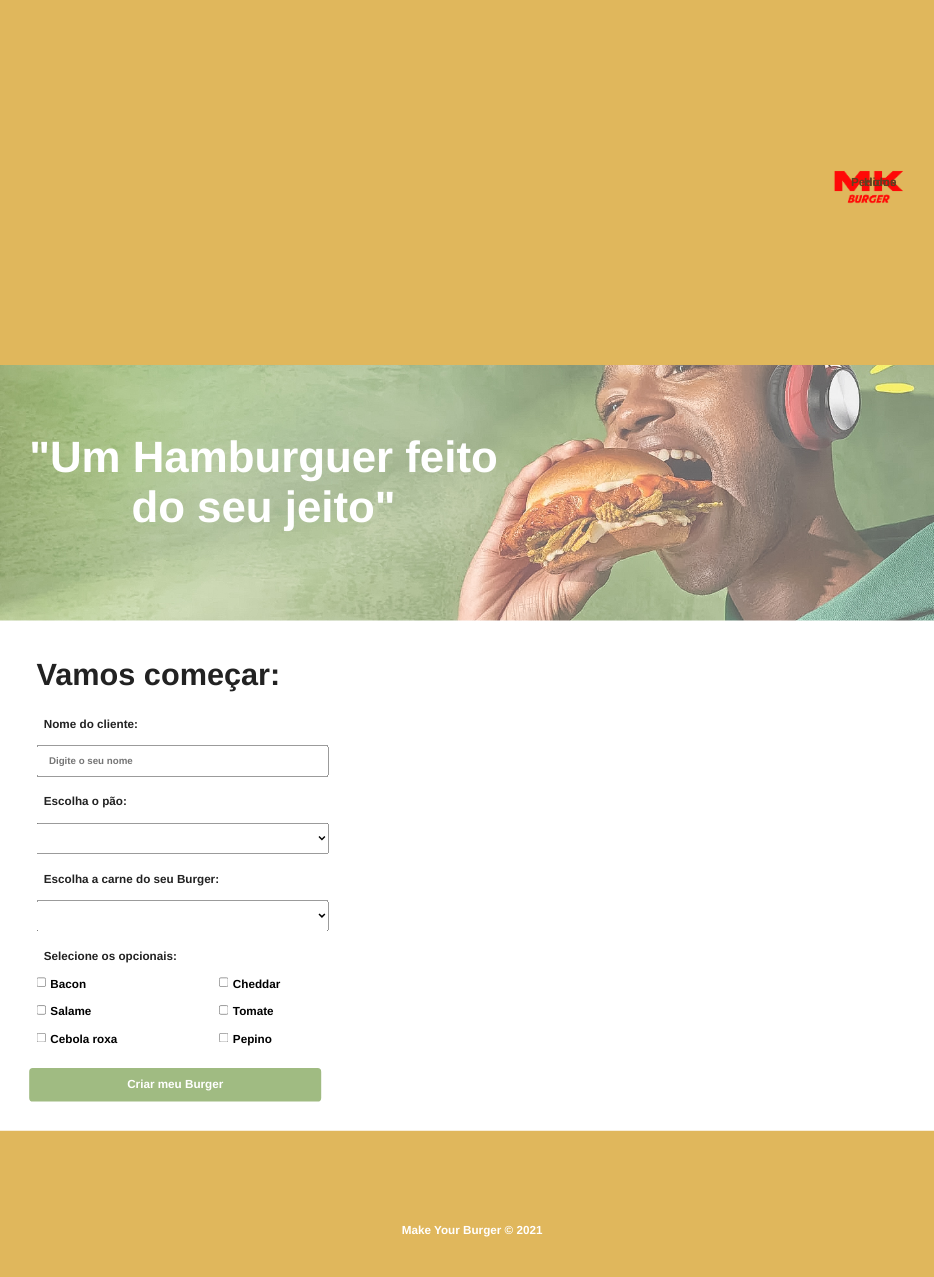
Repository: MarcoantonioCaldeira/Sistema-para-Hamburgueria
Page: /
These files come from the project's save history. The page is drawn as it stood at one moment and after the next save; the edit follows.
The browser window is 1280 px wide. The pictures show the whole page, at 73% of full size.
The project was rebuilt for these pictures with package versions that can differ from the ones it lists, and the page was loaded fresh each time. Requests to the local data server were answered from the project's data file. Also part of the build but not shown: vue.config.js.

Above is the page before, as saved 2022-11-02 22:29:08.

After the next save:
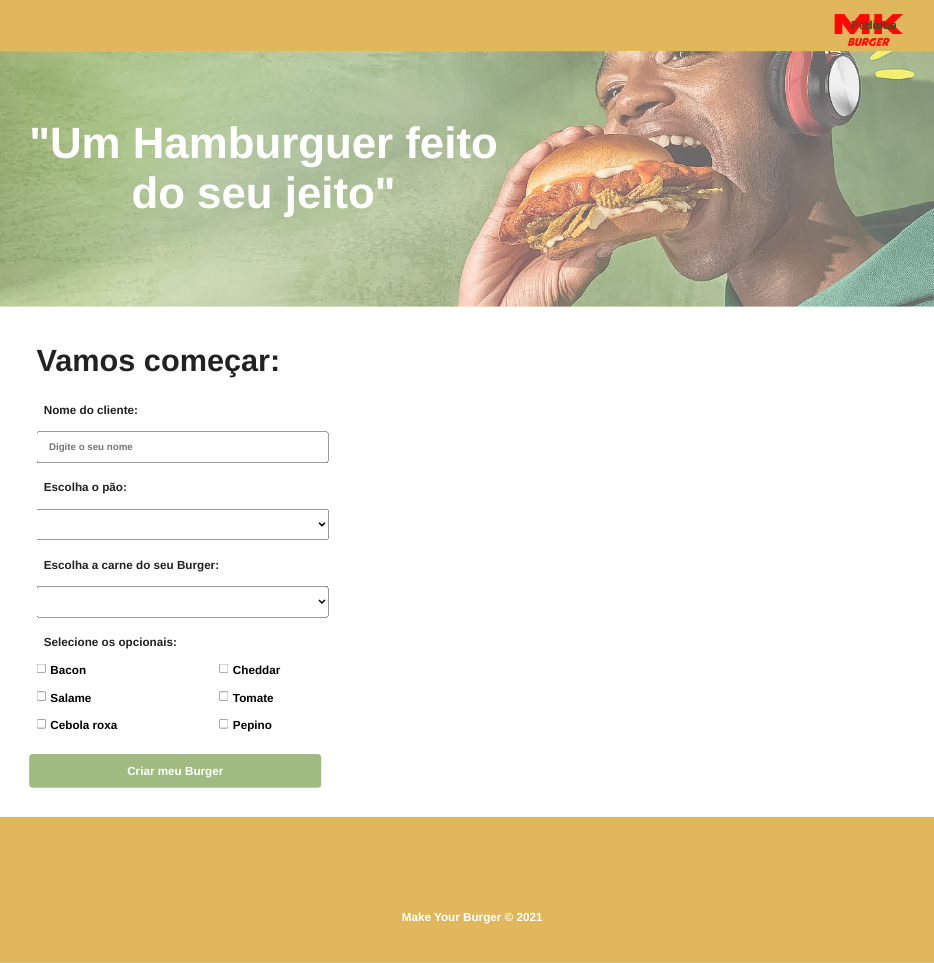
Saved 6 s later.
--- a/src/components/Navbar.vue
+++ b/src/components/Navbar.vue
@@ -18,7 +18,7 @@
     <style>
     #nav{
         background-color: rgb(224, 183, 92);
-        height:500px;
+        height:70px;
         padding: 15px 40px;
         display: flex;
         justify-content: flex-end;
